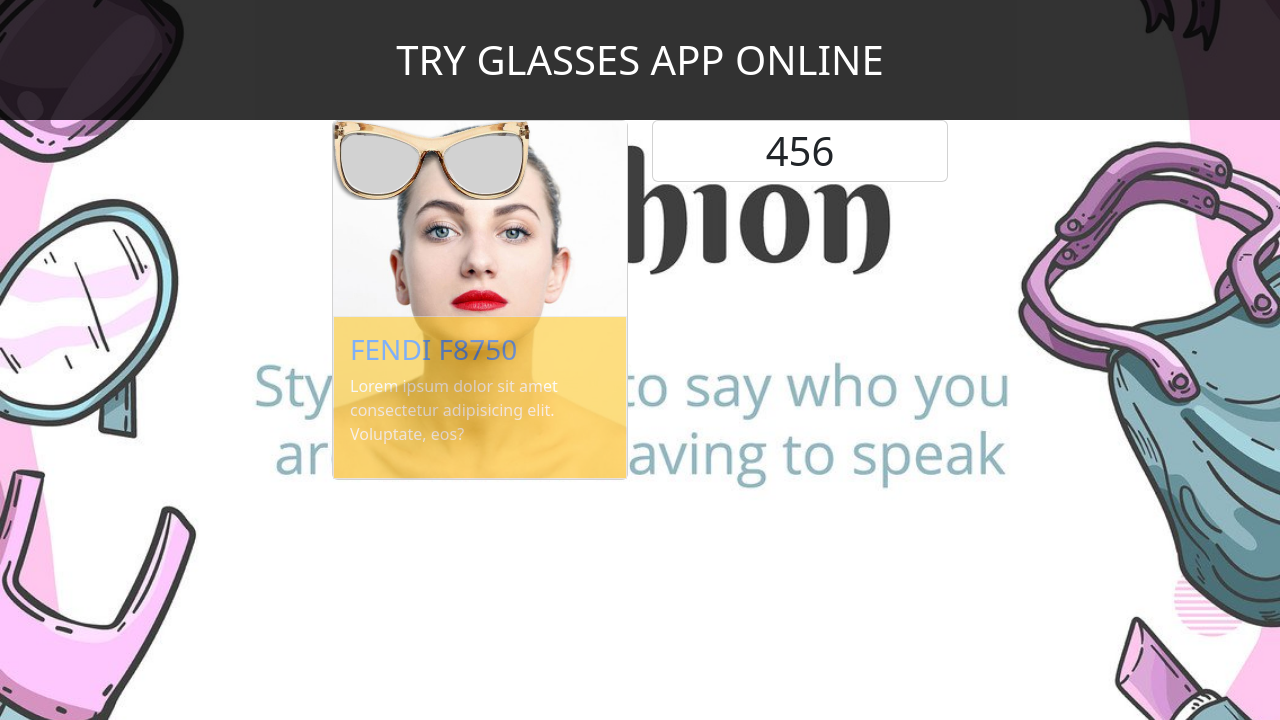
Repository: akira17518/React_JS_Glasses
Page: /
These files come from the project's save history. The page is drawn as it stood at one moment and after the next save; the edit follows.
The browser window is 1280 px wide. The pictures show the whole page.
The project was rebuilt for these pictures with package versions that can differ from the ones it lists, and the page was loaded fresh each time.

Above is the page before, as saved 2023-05-10 10:29:17.

After the next save:
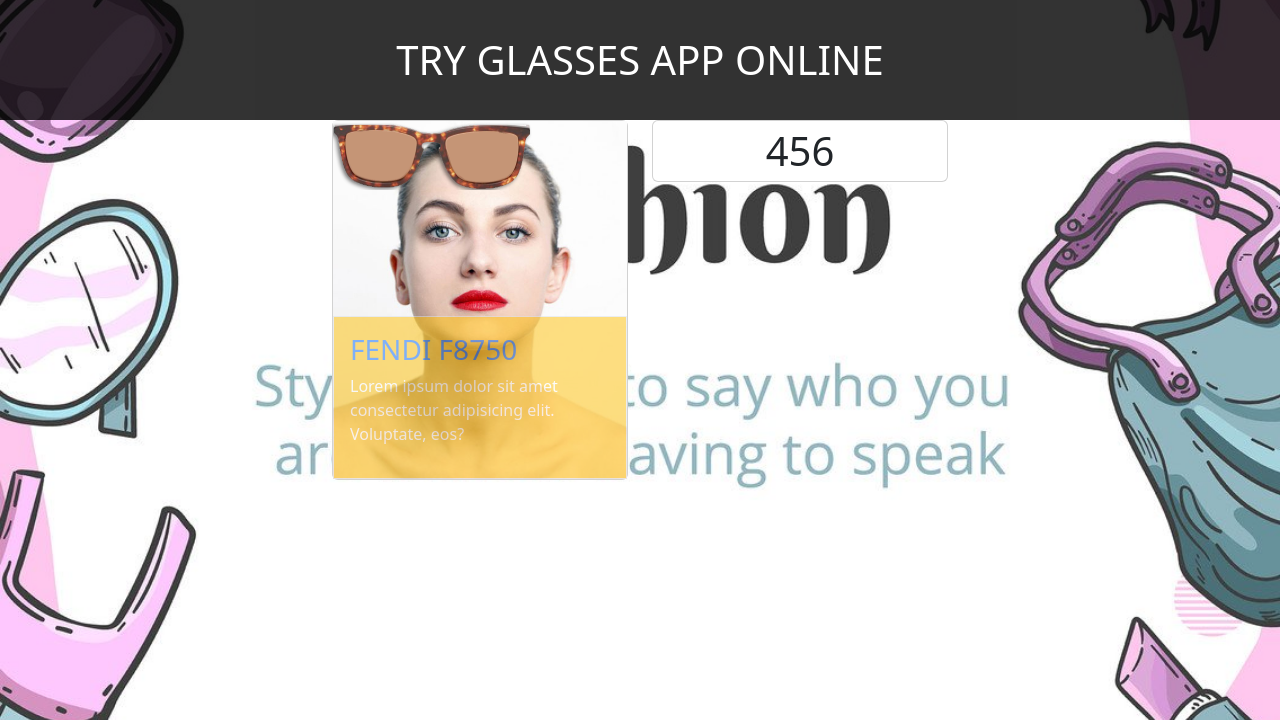
Saved 10 s later.
--- a/src/BTsetState/Content.jsx
+++ b/src/BTsetState/Content.jsx
@@ -8,7 +8,7 @@
           <div className="row">
             <div className="col-6">
               <div className='card-left card position relative'>
-              <img src="./img/v5.png" alt=""  className='position-absolute' width={200}/>
+              <img src="./img/v7.png" alt=""  className='position-absolute' width={200}/>
                 <img src="./img/model.jpg" alt="" />
                 <div className="card-body fs-6 text-start position-absolute bottom-0 end-0 start-0 opacity-50 bg-warning border">
                   <h3 className='text-primary'>FENDI F8750</h3>
